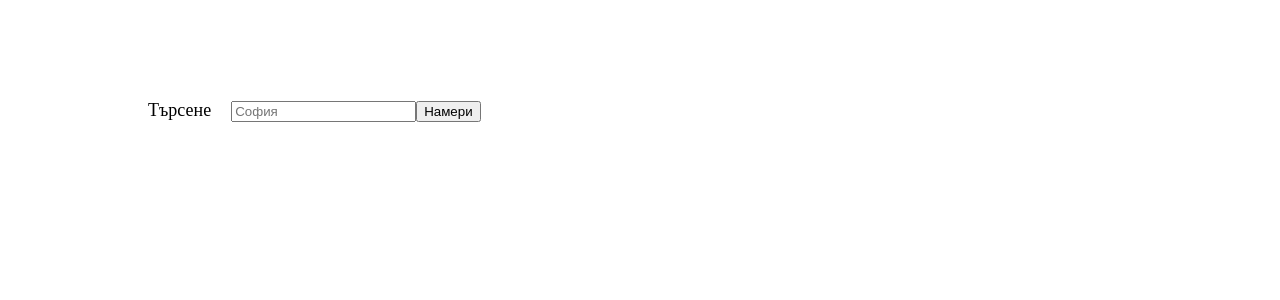
Repository: GeryZlatev/address-search
Page: /
These files come from the project's save history. The page is drawn as it stood at one moment and after the next save; the edit follows.
The browser window is 1280 px wide. The pictures show the whole page.
The project was rebuilt for these pictures with package versions that can differ from the ones it lists, and the page was loaded fresh each time.

Above is the page before, as saved 2021-04-09 20:03:55.

### src/index.css
body {
margin: 100px auto;
}

code {
  font-family: source-code-pro, Menlo, Monaco, Consolas, 'Courier New',
    monospace;
}

### src/App.js

import './App.css';
import SearchBar from './components/SearchBar';

function App() {
  return (
    <div className="App">
      <SearchBar/>
    </div>
  );
}

export default App;

### src/components/SearchBar/SearchBar.js
import style from './SearchBar.module.css';

const SearchBar = () => {

    return (
        <div className={style["searchbar-wrapper"]}>
            <form className={style["search-form"]}>
                <label htmlFor="search">
                    Търсене
                </label>
                    <input
                    type="text"
                    autoComplete="true"
                    placeholder="София"
                    name="search"
                    id="search"
                    />

                <input
                    type="submit"
                    value="Намери"
                />
            </form>
        </div>
    )

}

export default SearchBar;

### src/components/SearchBar/SearchBar.module.css
.searchbar-wrapper {
    max-width: 80%;
    margin: 40px auto;
    display: flex;
    justify-content: space-between;

}

.search-form {
    max-width: 100%;
}

.search-form label {
    min-width: 600px;
    margin: 20px;
    font-size: large;
    font-weight: 200;

}

.search-form input[type="text"] {
    min-width: 30%;
    min-height: 10%;
}

Loaded but not shown: public/index.html (common file); src/index.js (common file); src/reportWebVitals.js (common file); src/App.css (common file); src/components/SearchBar/index.js (common file)

After the next save:
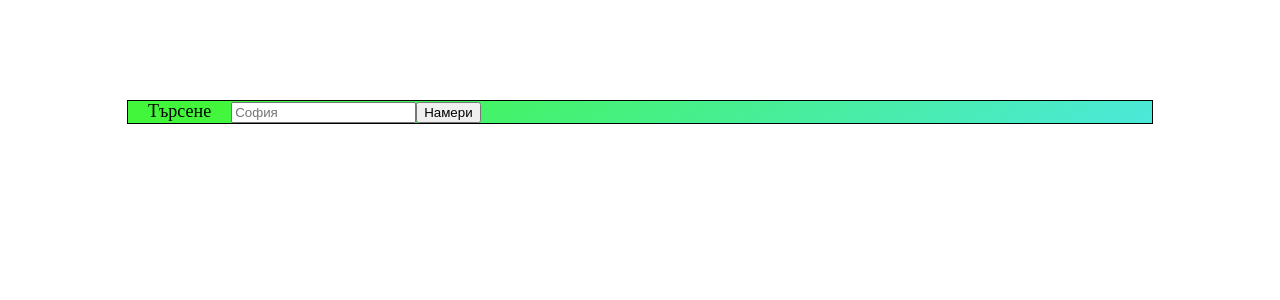
Saved 51 s later.
--- a/src/components/SearchBar/SearchBar.module.css
+++ b/src/components/SearchBar/SearchBar.module.css
@@ -3,6 +3,9 @@
     margin: 40px auto;
     display: flex;
     justify-content: space-between;
+    background: rgb(66,247,59);
+background: linear-gradient(148deg, rgba(66,247,59,1) 10%, rgba(76,232,217,1) 99%);
+border: 1px solid ;
 
 }
 
